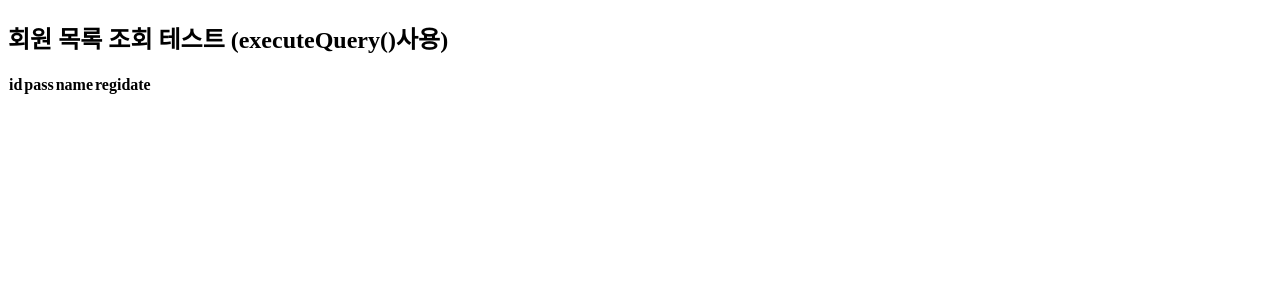
Repository: Charles0304/JSP
Page: http://localhost/MustHaveJSP/05JDBC/ExeQuery1.jsp
The author's editor kept a copy of each file at every save. The page is drawn from the files as they stood at one save, then again after the next save.
The browser window is 1280 px wide. The pictures show the whole page.
The page is served by Tomcat 10. Nobody is signed in. The application's start-up code is not run. Other server files are loaded and not shown. Queries for data that is not in the repository find no rows.

Above is the page before, as saved 2024-04-19 08:18:08.

### MustHaveJSP/src/main/webapp/05JDBC/ExeQuery1.jsp
<%@ page import = "java.sql.ResultSet" %>
<%@ page import = "java.sql.Statement" %>
<%@ page import = "java.sql.Connection" %>
<%@ page import = "common.JDBConnect" %>
<%@ page language="java" contentType="text/html; charset=UTF-8"
    pageEncoding="UTF-8"%>
<!DOCTYPE html>
<html>
<head>
<meta charset="UTF-8">
<title>JDBK</title>
<style type="text/css">
	table{
	border-collapse:collapse;
	}
	td{
	padding:5px;
	border:1px solid gray;
	}

</style>
</head>
<body>
	<h2> 회원 목록 조회 테스트 (executeQuery()사용)</h2>

	<%
	JDBConnect jdbc = new JDBConnect();

	String sql = "SELECT id, pass, name, regidate from member";
	Statement stmt = jdbc.con.createStatement();

	ResultSet rs = stmt.executeQuery(sql);
	out.println("<table>");
	out.println(String.format("<thead><tr><th>%s</th> <th>%s</th> <th>%s</th> <th>%s</th></tr></thead>",
			rs.getMetaData().getColumnLabel(1),rs.getMetaData().getColumnLabel(2),rs.getMetaData().getColumnLabel(3),rs.getMetaData().getColumnLabel(4)));
	out.println("<tbody>");
	while(rs.next()){
		String id = rs.getString(1);
		String pw = rs.getString(2);
		String name = rs.getString("name");
		java.sql.Date regidate = rs.getDate("regidate");

		out.println(String.format("<tr><td>%s</td> <td>%s</td> <td>%s</td> <td>%s</td> </tr>",id,pw,name,regidate));
	}
	out.println("</tbody>");
	out.println("</table>");


	jdbc.close();
	%>
</body>
</html>

### MustHaveJSP/src/main/java/common/JDBConnect.java
package common;

import java.sql.Connection;
import java.sql.DriverManager;
import java.sql.PreparedStatement;
import java.sql.ResultSet;
import java.sql.Statement;

import jakarta.servlet.ServletContext;

public class JDBConnect {
	public Connection con;
	public Statement stmt;
	public PreparedStatement psmt;
	public ResultSet rs;

	public JDBConnect() {
		try {
			Class.forName("com.mysql.cj.jdbc.Driver");

			String url = "jdbc:mysql://localhost:3306/musthave";
			String id = "charles";
			String pwd = "coeocjf2";
			con = DriverManager.getConnection(url,id,pwd);

			System.out.println("DB연결 성공 (기본 생성자)");
		}catch(Exception e) {
			e.printStackTrace();
		}
	}
	public JDBConnect(String driver, String url, String id, String pwd) {
		try {
			Class.forName(driver);
			con = DriverManager.getConnection(url,id,pwd);

			System.out.println("DB연결 성송 (인수 생성자1)");
		}catch(Exception e) {
			e.printStackTrace();
		}
	}
	public JDBConnect(ServletContext application) {
		try {
			String driver = application.getInitParameter("MySQLDriver");
			Class.forName(driver);

			String url = application.getInitParameter("MySQLURL");
			String id = application.getInitParameter("MySQLId");
			String pwd = application.getInitParameter("MySQLPwd");
			con = DriverManager.getConnection(url,id,pwd);

			System.out.println("DB 연결 성공(인수 생성자 2)");
		}catch(Exception e) {
			e.printStackTrace();
		}
	}
	public void close() {
		try {
			if(rs!=null) rs.close();
			if(stmt!=null)stmt.close();
			if(psmt != null)psmt.close();
			if(con != null) con.close();

			System.out.println("JDBC 자원 해제");
		}catch(Exception e) {
			e.printStackTrace();
		}
	}
}

After the next save:
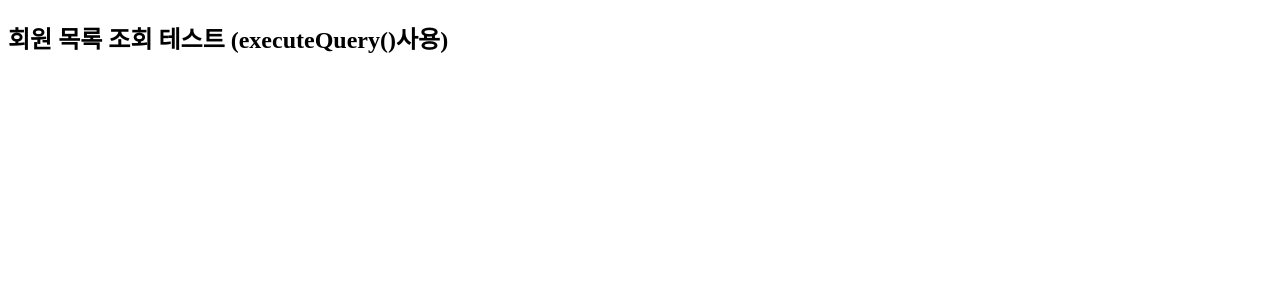
Saved 7 min 50 s later.
--- a/MustHaveJSP/src/main/webapp/05JDBC/ExeQuery1.jsp
+++ b/MustHaveJSP/src/main/webapp/05JDBC/ExeQuery1.jsp
@@ -26,23 +26,24 @@
 	<%
 	JDBConnect jdbc = new JDBConnect();
 
-	String sql = "SELECT id, pass, name, regidate from member";
+	String sql = "SELECT b.title, b.content, m.name, b.postdate, b.visitcount from member m, board b where m.id = b.id";
 	Statement stmt = jdbc.con.createStatement();
 
 	ResultSet rs = stmt.executeQuery(sql);
 	out.println("<table>");
-	out.println(String.format("<thead><tr><th>%s</th> <th>%s</th> <th>%s</th> <th>%s</th></tr></thead>",
-			rs.getMetaData().getColumnLabel(1),rs.getMetaData().getColumnLabel(2),rs.getMetaData().getColumnLabel(3),rs.getMetaData().getColumnLabel(4)));
-	out.println("<tbody>");
+
+
 	while(rs.next()){
-		String id = rs.getString(1);
-		String pw = rs.getString(2);
-		String name = rs.getString("name");
-		java.sql.Date regidate = rs.getDate("regidate");
 
-		out.println(String.format("<tr><td>%s</td> <td>%s</td> <td>%s</td> <td>%s</td> </tr>",id,pw,name,regidate));
+		//java.sql.Date regidate = rs.getDate("regidate");
+		out.println("<tr>");
+		for(int i=1;i<rs.getMetaData().getColumnCount();i++){
+			out.println("<td>"+rs.getString(i)+"</td>");
+		}
+
+		out.println("</tr>");
 	}
-	out.println("</tbody>");
+
 	out.println("</table>");
 
 
